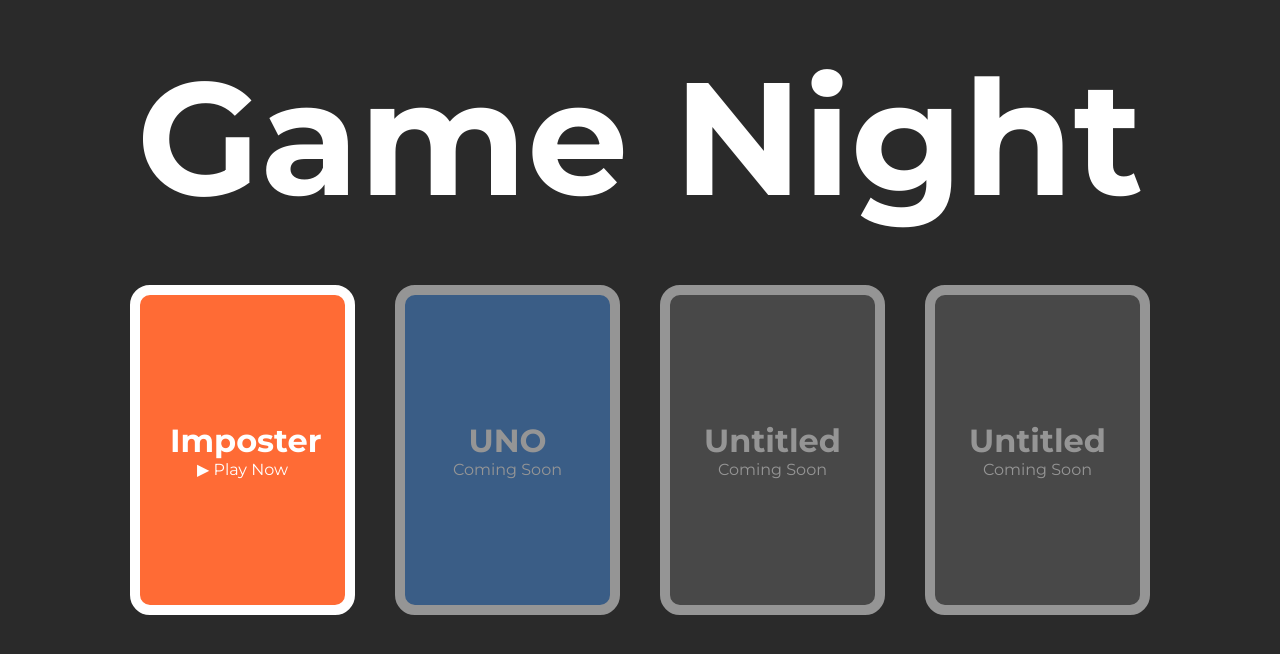
Repository: nfemmanuel/game-night-app
Page: /
These files come from the project's save history. The page is drawn as it stood at one moment and after a run of saves; the edit follows.
The browser window is 1280 px wide. The pictures show the whole page.
The project was rebuilt for these pictures with package versions that can differ from the ones it lists, and the page was loaded fresh each time. Also part of the build but not shown: src/components/HelpButton.jsx, src/pages/ImposterSetup.jsx, src/data/wordList.js, src/pages/ImposterReveal.jsx, src/pages/ImposterVoting.jsx.

Above is the page before, as saved 2025-12-31 17:37:58.

### public/index.html
<!DOCTYPE html>
<html lang="en">
  <head>
    <meta charset="utf-8" />
    <link rel="icon" href="%PUBLIC_URL%/favicon.ico" />
    <link rel="preconnect" href="https://fonts.googleapis.com">
    <link rel="preconnect" href="https://fonts.gstatic.com" crossorigin>
    <link href="https://fonts.googleapis.com/css2?family=Montserrat:wght@400;600;700&display=swap" rel="stylesheet">
    <meta name="viewport" content="width=device-width, initial-scale=1" />
    <meta name="theme-color" content="#000000" />
    <meta
      name="description"
      content="Web site created using create-react-app"
    />
    <link rel="apple-touch-icon" href="%PUBLIC_URL%/logo192.png" />
    <!--
      manifest.json provides metadata used when your web app is installed on a
      user's mobile device or desktop. See https://developers.google.com/web/fundamentals/web-app-manifest/
    -->
    <link rel="manifest" href="%PUBLIC_URL%/manifest.json" />
    <!--
      Notice the use of %PUBLIC_URL% in the tags above.
      It will be replaced with the URL of the `public` folder during the build.
      Only files inside the `public` folder can be referenced from the HTML.

      Unlike "/favicon.ico" or "favicon.ico", "%PUBLIC_URL%/favicon.ico" will
      work correctly both with client-side routing and a non-root public URL.
      Learn how to configure a non-root public URL by running `npm run build`.
    -->
    <title>React App</title>
  </head>
  <body>
    <noscript>You need to enable JavaScript to run this app.</noscript>
    <div id="root"></div>
    <!--
      This HTML file is a template.
      If you open it directly in the browser, you will see an empty page.

      You can add webfonts, meta tags, or analytics to this file.
      The build step will place the bundled scripts into the <body> tag.

      To begin the development, run `npm start` or `yarn start`.
      To create a production bundle, use `npm run build` or `yarn build`.
    -->
  </body>
</html>

### src/App.js
import { BrowserRouter, Routes, Route } from 'react-router-dom';
import './styles/global.css';
import LandingPage from './pages/LandingPage';
import ImposterSetup from './pages/ImposterSetup';
import ImposterReveal from './pages/ImposterReveal';
import ImposterVoting from './pages/ImposterVoting';

function App() {
  return (
    <BrowserRouter>
      <Routes>
        <Route path="/" element={<LandingPage />} />
        <Route path="/imposter-setup" element={<ImposterSetup />} />
        <Route path="/imposter-reveal" element={<ImposterReveal />} />
        <Route path="/imposter-voting" element={<ImposterVoting />} />
      </Routes>
    </BrowserRouter>
  );
}

export default App;

### src/styles/global.css
* {
    margin: 0;
    padding: 0;
    box-sizing: border-box;
}

body {
    font-family: 'Montserrat',
        'Helvetica Neue',
        'Arial',
        sans-serif;
    background-color: rgb(42, 42, 42);
    color: white;
    overflow: hidden;
}

button {
    cursor: pointer;
    border: none;
    border-radius: 5px;
    font-family: inherit;
    font-size: 1rem;
    padding: 10px 20px;
}

### src/pages/LandingPage.jsx
import { useNavigate } from 'react-router-dom';

import GameCard from '../components/GameCard';

function LandingPage() {
    const navigate = useNavigate();

    const handleClick = (gameName, route) => {
        if (route) {
            navigate(route);
        }
    };

    return (
        <div style={{ padding: '40px', textAlign: 'center' }}>
            <h1 style={{ fontSize: '10rem' }}>Game Night</h1>

            <div style={{
                display: 'flex',
                gap: '20px',
                justifyContent: 'center',
                marginTop: '40px',
                flexWrap: 'wrap'
            }}>
                <GameCard
                    name="Imposter"
                    available={true}
                    color="orange"
                    onClick={() => handleClick("Imposter", "/imposter-setup")}
                />
                <GameCard
                    name="UNO"
                    available={false}
                    color="blue"
                    onClick={() => handleClick("UNO", "/uno-setup")}
                />
                <GameCard
                    name="Untitled"
                    available={false}
                    onClick={() => { }}
                />
                <GameCard
                    name="Untitled"
                    available={false}
                    onClick={() => { }}
                />
            </div>
        </div>
    );
}

export default LandingPage;

### src/components/GameCard.jsx
import styles from './GameCard.module.css';

function GameCard({ name, available, onClick, color }) {  // Add color here
    // Combine card + available/disabled classes + color
    const cardClasses = `${styles.card} ${available ? styles.available : styles.disabled} ${color ? styles[color] : ''}`;

    return (
        <div
            className={cardClasses}
            onClick={available ? onClick : null}
        >
            <h1>{name}</h1>
            <p>{available ? '▶ Play Now' : 'Coming Soon'}</p>
        </div>
    );
}

export default GameCard;

### src/components/GameCard.module.css
.card {
    width: 225px;
    height: 330px;
    padding: 30px;
    margin: 10px;
    border-radius: 20px;
    border: 10px solid white;
    text-align: center;
    transition: all 0.3s ease;
    display: flex;
    flex-direction: column;
    justify-content: center;
}

.available {
    color: white;
    cursor: pointer;
}

.available:hover {
    transform: scale(1.05);
}

.disabled {
    background-color: #666;
    color: white;
    cursor: not-allowed;
    opacity: 0.5;
}

.orange {
    background-color: #FF6B35;
}

.orange:hover {
    box-shadow: 0 0 20px rgba(255, 107, 53, 0.6);
}

.blue {
    background-color: #4A90E2;
}

.blue:hover {
    box-shadow: 0 0 20px rgba(74, 144, 226, 0.6);
}

Loaded but not shown: src/index.js (common file); src/index.css (common file); src/reportWebVitals.js (common file)

After the next 2 saves:
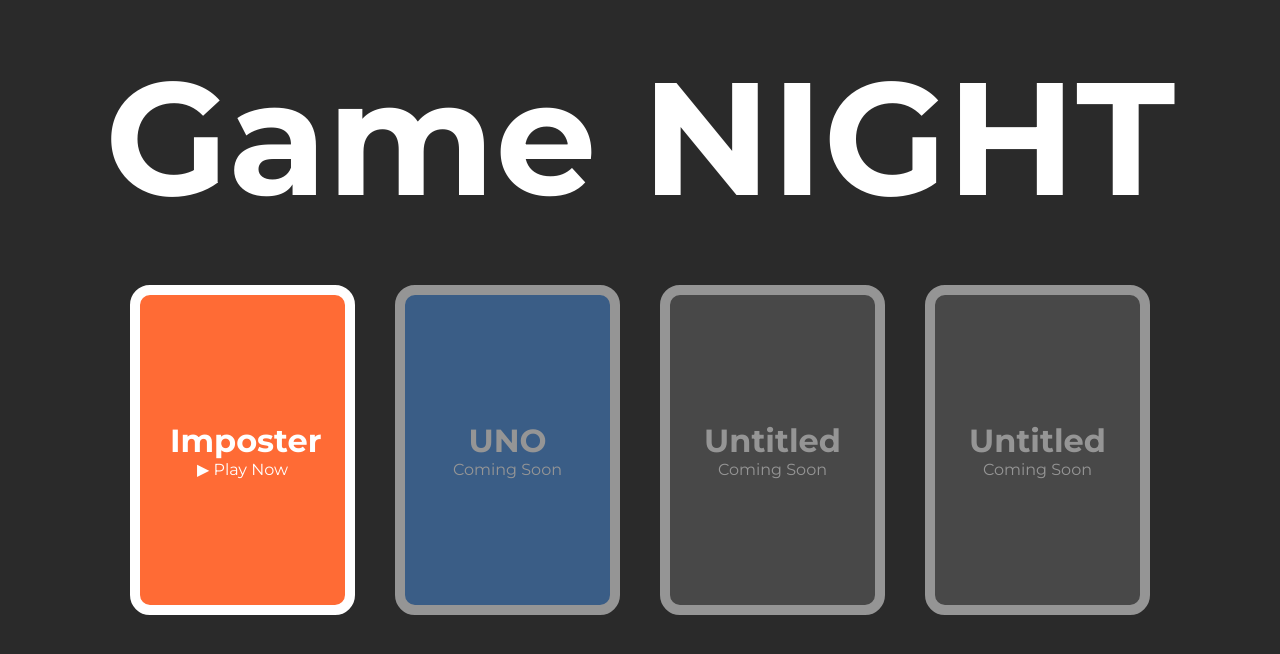
The 2 saves are shown as one change because they came seconds apart.
The last was saved 13 s later.
--- a/src/pages/LandingPage.jsx
+++ b/src/pages/LandingPage.jsx
@@ -1,6 +1,6 @@
 import { useNavigate } from 'react-router-dom';
+import GameCard from '../components/GameCard';
 
-import GameCard from '../components/GameCard';
 
 function LandingPage() {
     const navigate = useNavigate();
@@ -13,7 +13,7 @@ function LandingPage() {
 
     return (
         <div style={{ padding: '40px', textAlign: 'center' }}>
-            <h1 style={{ fontSize: '10rem' }}>Game Night</h1>
+            <h1 style={{ fontSize: '10rem' }}>Game NIGHT</h1>
 
             <div style={{
                 display: 'flex',
